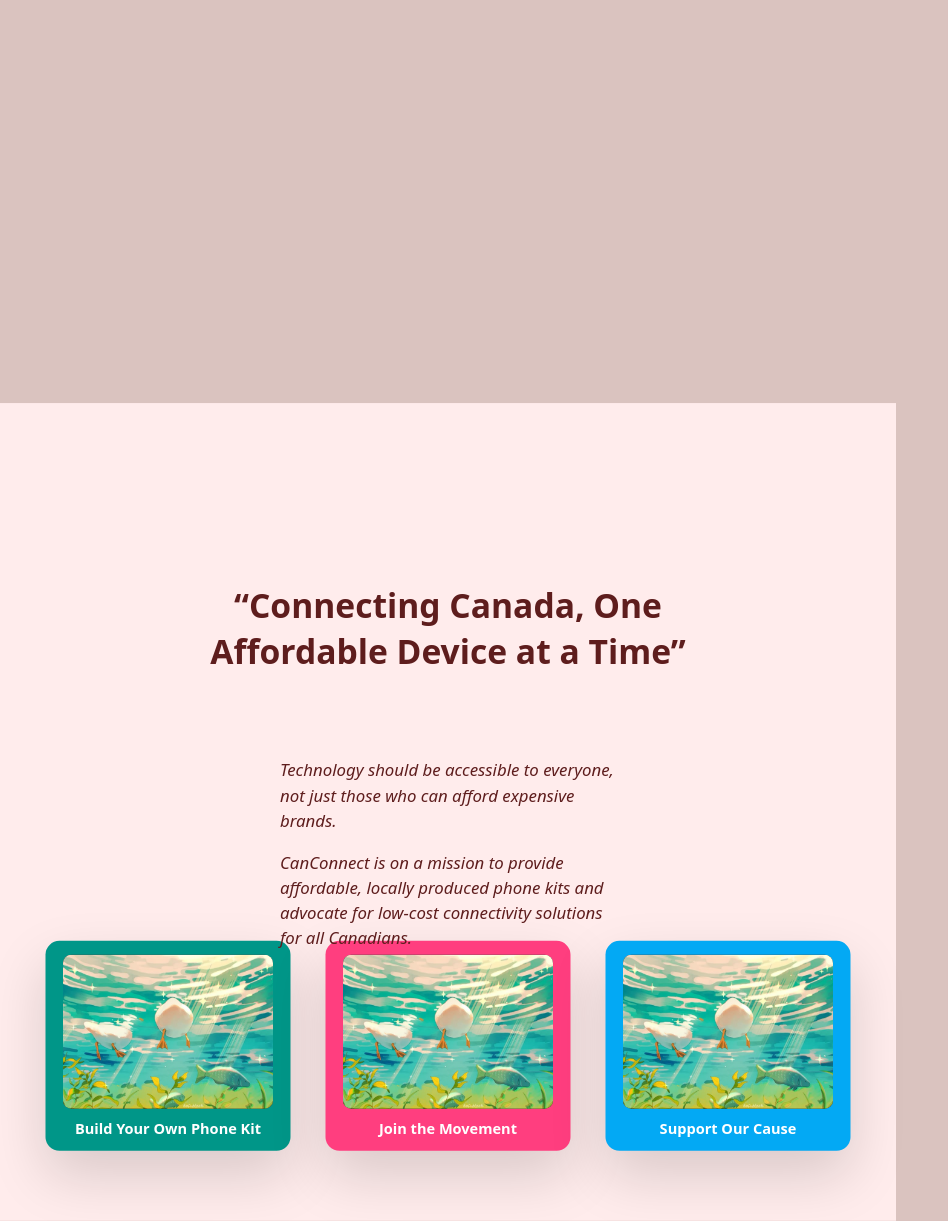
Repository: katelynyew/communityWebsite
Page: index.html
An editor plug-in stored every save of this project. The page is shown before and after the next save, followed by the edit.
The browser window is 1280 px wide. The page is 1354 px wide, so the pictures cover 1354 px, including what lies to the right of the window. The pictures show the part of the page from y = 1640 to 3480 px (the page is 3384 px tall before and 3480 px after), at 70% of full size.
Some web fonts or font styles are not loaded; a fallback is used. Some web libraries are served in a nearby version.

Above is the page before, as saved 2025-04-03 02:58:15.

After the next save:
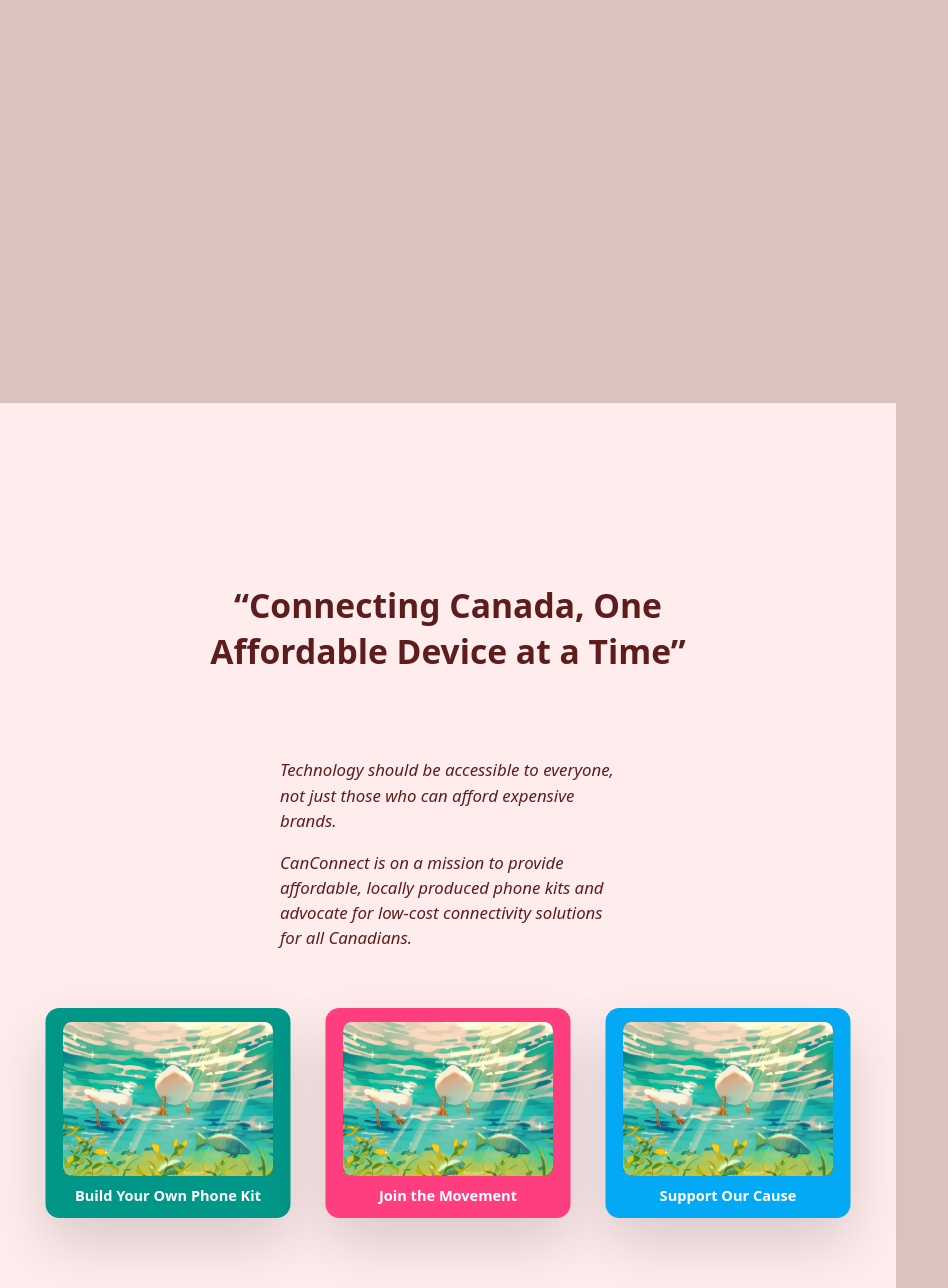
Saved 7 s later.
--- a/style.css
+++ b/style.css
@@ -225,7 +225,7 @@
     flex-wrap: wrap;
     gap: 100px 50px;
     padding: 100px 50px;
-    padding-top: 4rem;
+    padding-top: 10rem;
     margin: 8em 0em;
 }
 
